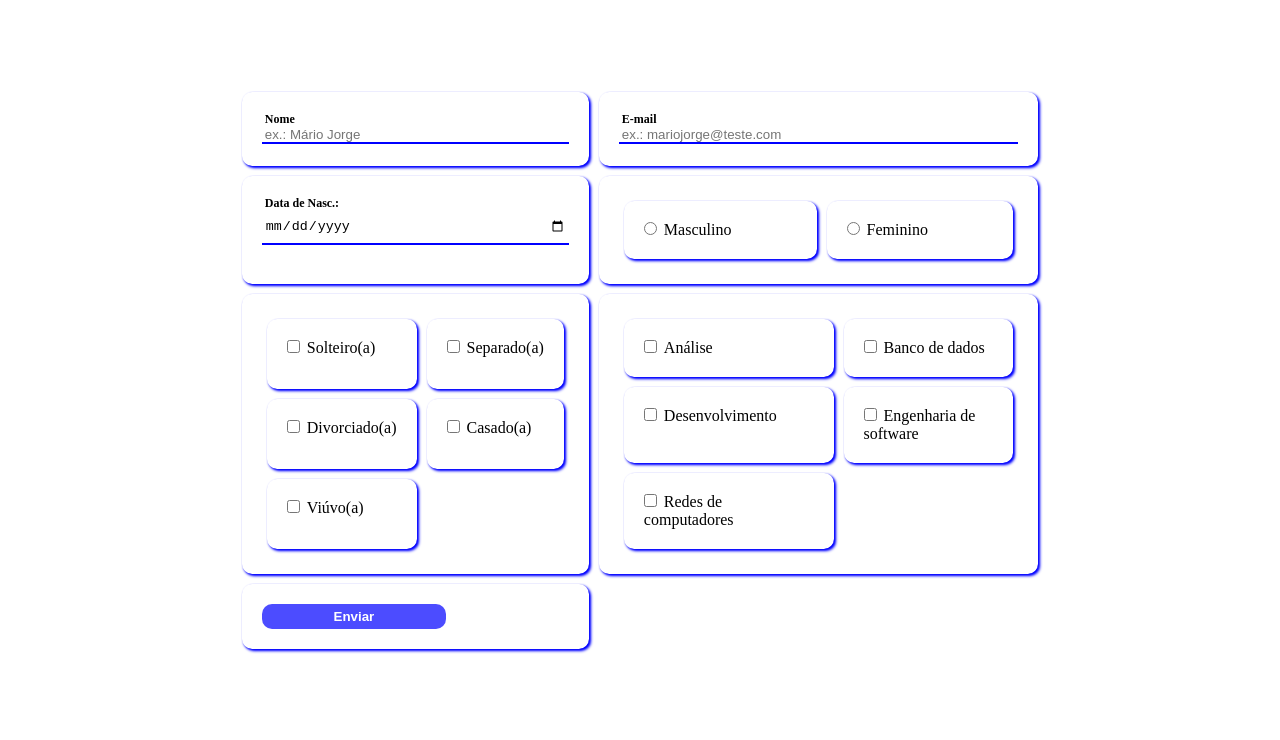
Repository: mjRibeiroTriscal/UVA_Projects
Page: Proj_A1_AVA2_2020_1/index.html
These files come from the project's save history. The page is drawn as it stood at one moment and after the next save; the edit follows.
The browser window is 1280 px wide. The pictures show the whole page.

Above is the page before, as saved 2020-03-13 14:17:33.

After the next save:
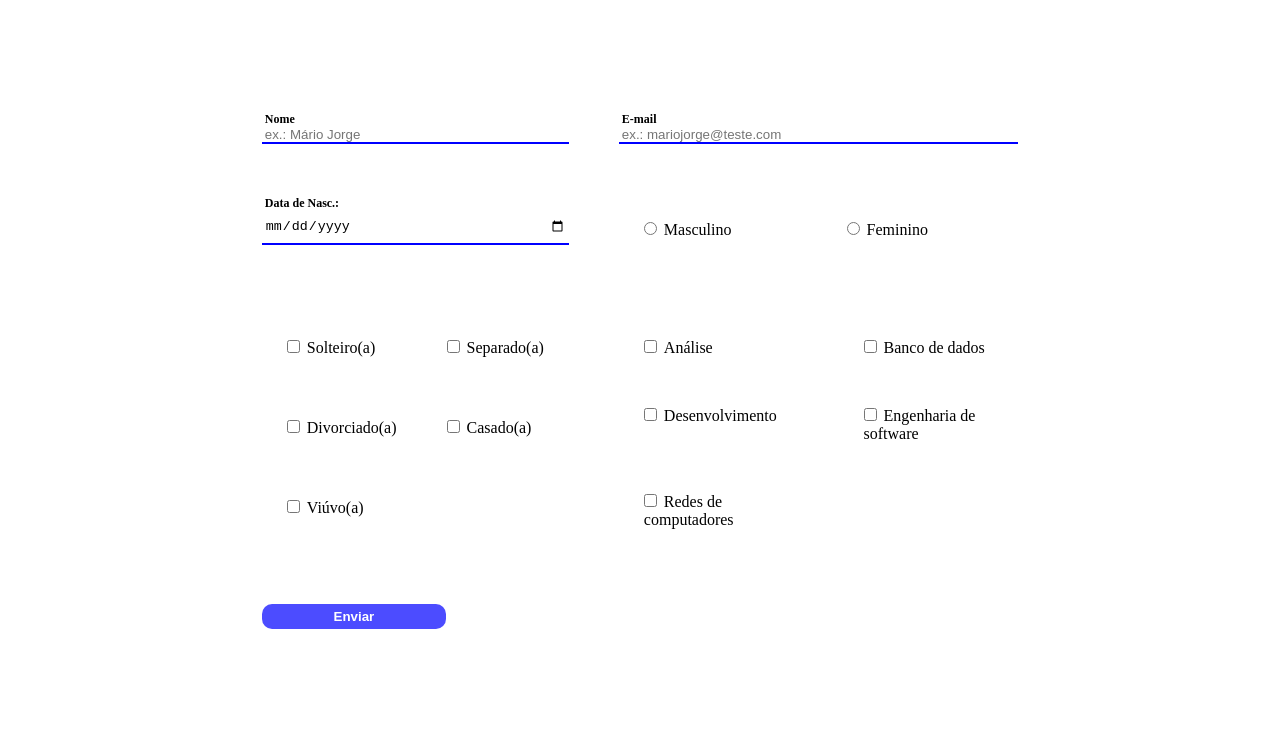
Saved 23 s later.
--- a/Proj_A1_AVA2_2020_1/style.css
+++ b/Proj_A1_AVA2_2020_1/style.css
@@ -82,6 +82,4 @@ input[type=submit]:active {
     padding: 20px;
     /* background-color: rgb(245, 245, 245); */
     margin: 5px;
-    border-radius: 10px;
-    box-shadow: 1px 1px 2px rgba(0, 0, 255, 0.7), 2px 2px 3px blue;
 }
